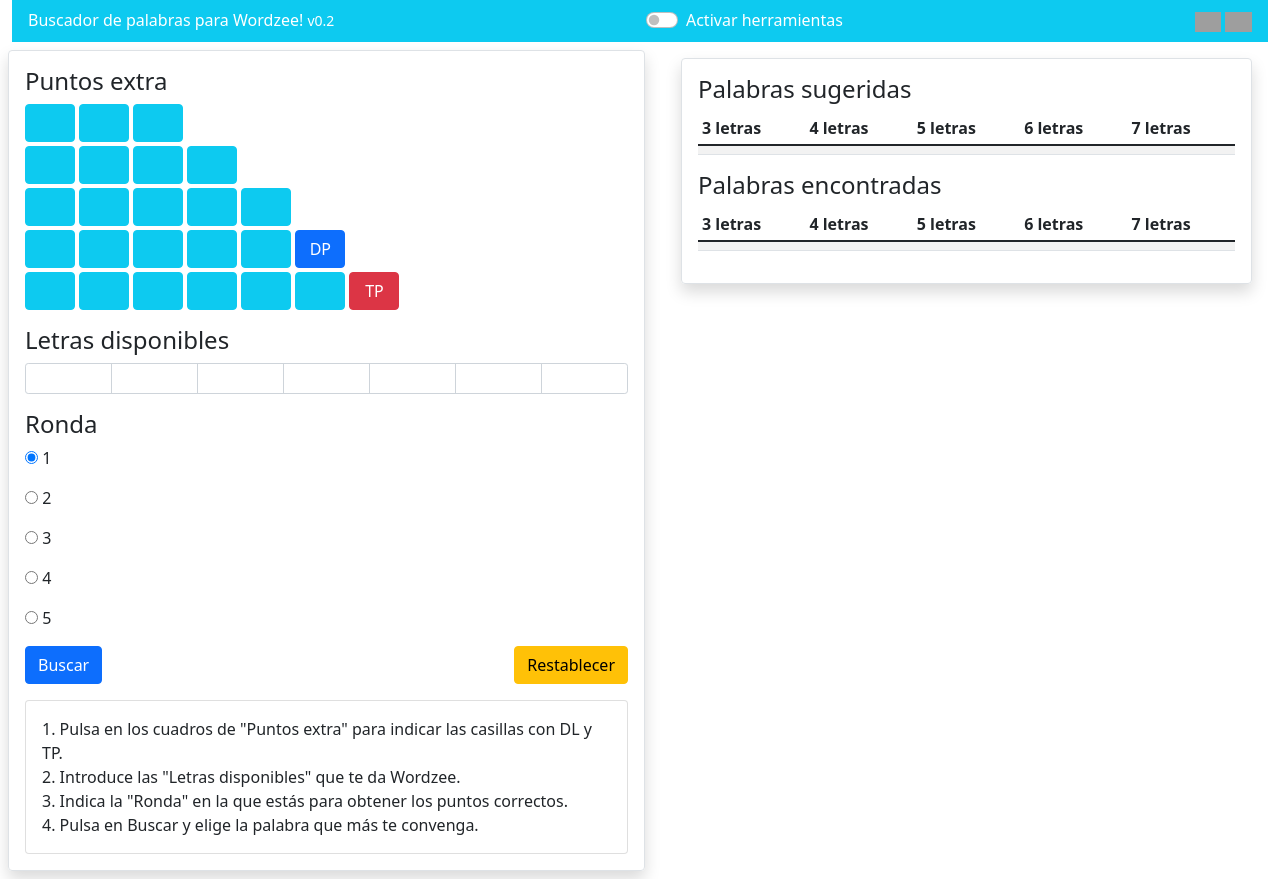
Repository: angelcafe/wordzee-bp_javascript
Page: index.html
These files come from the project's save history. The page is drawn as it stood at one moment and after the next save; the edit follows.
The browser window is 1280 px wide. The pictures show the whole page.
Pictures or frames that could not be fetched are drawn as grey boxes.

Above is the page before, as saved 2021-10-22 22:43:41.

### index.html
<!DOCTYPE html>
<html lang="es">

<head>
    <meta charset="UTF-8">
    <meta name="viewport" content="width=device-width, initial-scale=1">
    <meta http-equiv="Expires" content="0">
    <meta http-equiv="Last-Modified" content="0">
    <meta http-equiv="Cache-Control" content="no-cache, mustrevalidate">
    <meta http-equiv="Pragma" content="no-cache">
    <link rel="icon" href="favicon.ico" type="image/ico" />
    <link rel="stylesheet" href="https://cdn.jsdelivr.net/npm/bootstrap@5.1.3/dist/css/bootstrap.min.css" integrity="sha384-1BmE4kWBq78iYhFldvKuhfTAU6auU8tT94WrHftjDbrCEXSU1oBoqyl2QvZ6jIW3" crossorigin="anonymous">
    <link rel="stylesheet" href="https://cdn.jsdelivr.net/npm/bootstrap-icons@1.5.0/font/bootstrap-icons.css">
    <link rel="stylesheet" href="index.css">
    <title>Busca palabras</title>
</head>

<body>
    <div class="container-fluid">
        <!-- Cabecera -->
        <nav class="nav d-flex justify-content-between bg-info">
            <li class="nav-item">
                <span class="nav-link text-white">Buscador de palabras para Wordzee! <small>v0.2</small></span>
            </li>
            <li class="nav-item">
                <div class="nav-link text-white form-check form-switch">
                    <input class="form-check-input" type="checkbox" role="switch" id="idActivarHerramientas">
                    <label class="form-check-label" for="idActivarHerramientas">Activar herramientas</label>
                </div>
            </li>
            <li class="nav-item">
                <span class="nav-link">
                    <a href="https://www.facebook.com/BuscaPalabras-para-Wordzee-106324508497974" target="_blank"><img src="https://upload.wikimedia.org/wikipedia/commons/5/51/Facebook_f_logo_%282019%29.svg" height="20"></a>
                    <a href="https://t.me/buscadorwordzee" target="_blank"><img src="https://upload.wikimedia.org/wikipedia/commons/thumb/8/83/Telegram_2019_Logo.svg/2048px-Telegram_2019_Logo.svg.png" height="20"></a>
                </span>
            </li>
        </nav>
        <div class="row">
            <div class="col border shadow rounded m-2 p-3">
                <form name="principal" id="principal" method="POST">
                    <div id="idPuntosExtra">
                        <h4>Puntos extra</h4>
                        <div class="p-0 mb-1">
                            <input type="text" name="pal3let1" id="pal3let1" class="btn btn-info" value="" readonly>
                            <input type="text" name="pal3let2" id="pal3let2" class="btn btn-info" value="" readonly>
                            <input type="text" name="pal3let3" id="pal3let3" class="btn btn-info" value="" readonly>
                        </div>
                        <div class="p-0 mb-1">
                            <input type="text" name="pal4let1" id="pal4let1" class="btn btn-info" value="" readonly>
                            <input type="text" name="pal4let2" id="pal4let2" class="btn btn-info" value="" readonly>
                            <input type="text" name="pal4let3" id="pal4let3" class="btn btn-info" value="" readonly>
                            <input type="text" name="pal4let4" id="pal4let4" class="btn btn-info" value="" readonly>
                        </div>
                        <div class="p-0 mb-1">
                            <input type="text" name="pal5let1" id="pal5let1" class="btn btn-info" value="" readonly>
                            <input type="text" name="pal5let2" id="pal5let2" class="btn btn-info" value="" readonly>
                            <input type="text" name="pal5let3" id="pal5let3" class="btn btn-info" value="" readonly>
                            <input type="text" name="pal5let4" id="pal5let4" class="btn btn-info" value="" readonly>
                            <input type="text" name="pal5let5" id="pal5let5" class="btn btn-info" value="" readonly>
                        </div>
                        <div class="p-0 mb-1">
                            <input type="text" name="pal6let1" id="pal6let1" class="btn btn-info" value="" readonly>
                            <input type="text" name="pal6let2" id="pal6let2" class="btn btn-info" value="" readonly>
                            <input type="text" name="pal6let3" id="pal6let3" class="btn btn-info" value="" readonly>
                            <input type="text" name="pal6let4" id="pal6let4" class="btn btn-info" value="" readonly>
                            <input type="text" name="pal6let5" id="pal6let5" class="btn btn-info" value="" readonly>
                            <input type="text" name="pal6let6" id="pal6let6" class="btn btn-info" value="" readonly>
                        </div>
                        <div class="p-0 mb-3">
                            <input type="text" name="pal7let1" id="pal7let1" class="btn btn-info" value="" readonly>
                            <input type="text" name="pal7let2" id="pal7let2" class="btn btn-info" value="" readonly>
                            <input type="text" name="pal7let3" id="pal7let3" class="btn btn-info" value="" readonly>
                            <input type="text" name="pal7let4" id="pal7let4" class="btn btn-info" value="" readonly>
                            <input type="text" name="pal7let5" id="pal7let5" class="btn btn-info" value="" readonly>
                            <input type="text" name="pal7let6" id="pal7let6" class="btn btn-info" value="" readonly>
                            <input type="text" name="pal7let7" id="pal7let7" class="btn btn-info" value="" readonly>
                        </div>
                    </div>
                    <div id="idLetrasDisponibles">
                        <h4>Letras disponibles</h4>
                        <div class="input-group input-group-sm mb-3" id="letras">
                            <input type="text" name="letra1" id="idLetra1" size="1" maxlength="1" autocomplete="off" required="required" class="form-control text-uppercase" value="">
                            <input type="text" name="letra2" id="idLetra2" size="1" maxlength="1" autocomplete="off" required="required" class="form-control text-uppercase" value="">
                            <input type="text" name="letra3" id="idLetra3" size="1" maxlength="1" autocomplete="off" required="required" class="form-control text-uppercase" value="">
                            <input type="text" name="letra4" id="idLetra4" size="1" maxlength="1" autocomplete="off" required="required" class="form-control text-uppercase" value="">
                            <input type="text" name="letra5" id="idLetra5" size="1" maxlength="1" autocomplete="off" required="required" class="form-control text-uppercase" value="">
                            <input type="text" name="letra6" id="idLetra6" size="1" maxlength="1" autocomplete="off" required="required" class="form-control text-uppercase" value="">
                            <input type="text" name="letra7" id="idLetra7" size="1" maxlength="1" autocomplete="off" required="required" class="form-control text-uppercase" value="">
                        </div>
                    </div>
                    <div id="idRonda">
                        <h4>Ronda</h4>
                        <div class="custom-control custom-radio custom-control-inline mb-3">
                            <input type="radio" id="idRonda1" name="ronda" value="1" class="custom-control-input" checked>
                            <label class="custom-control-label" for="idRonda1">1</label>
                        </div>
                        <div class="custom-control custom-radio custom-control-inline mb-3">
                            <input type="radio" id="idRonda2" name="ronda" value="2" class="custom-control-input">
                            <label class="custom-control-label" for="idRonda2">2</label>
                        </div>
                        <div class="custom-control custom-radio custom-control-inline mb-3">
                            <input type="radio" id="idRonda3" name="ronda" value="3" class="custom-control-input">
                            <label class="custom-control-label" for="idRonda3">3</label>
                        </div>
                        <div class="custom-control custom-radio custom-control-inline mb-3">
                            <input type="radio" id="idRonda4" name="ronda" value="4" class="custom-control-input">
                            <label class="custom-control-label" for="idRonda4">4</label>
                        </div>
                        <div class="custom-control custom-radio custom-control-inline mb-3">
                            <input type="radio" id="idRonda5" name="ronda" value="5" class="custom-control-input">
                            <label class="custom-control-label" for="idRonda5">5</label>
                        </div>
                        <div class="btn-toolbar justify-content-between mt-1">
                            <button type="submit" class="btn btn-primary">Buscar</button>
                            <button type="button" onclick="restablecer()" class="btn btn-warning">Restablecer</button>
                        </div>
                    </div>
                </form>
                <div class="card mt-3">
                    <div class="card-body">
                        1. Pulsa en los cuadros de "Puntos extra" para indicar las casillas con DL y TP.
                        <br>
                        2. Introduce las "Letras disponibles" que te da Wordzee.
                        <br>
                        3. Indica la "Ronda" en la que estás para obtener los puntos correctos.
                        <br>
                        4. Pulsa en Buscar y elige la palabra que más te convenga.
                    </div>
                </div>
            </div>
            <!-- Herramientas -->
            <div class="col d-none border col m-3 p-3 shadow rounded">
                <div id="idHerramientas" class="herramientas">
                    <h4>Herramientas</h4>
                    <form class="row">
                        <div class="col">Palabra nueva:</div>
                        <div class="col">
                            <input name="palabraGuardar" id="palabraGuardar" type="text" minlength="3" maxlength="7" autocomplete="off" required="required" class="form-control text-uppercase" value="">
                        </div>
                        <div class="col">
                            <button id="idGuardar" type="button" class="btn btn-primary">Guardar</button>
                        </div>
                    </form>
                    <form class="row mt-3">
                        <div class="col">Borrar palabra:</div>
                        <div class="col">
                            <input name="palabraBorrar" id="palabraBorrar" type="text" minlength="3" maxlength="7" autocomplete="off" required="required" class="form-control text-uppercase" value="">
                        </div>
                        <div class="col">
                            <button id="idBorrar" type="button" class="btn btn-danger">Borrar</button>
                        </div>
                    </form>
                    <form class="row mt-3">
                        <div class="col">Exportar JSON:</div>
                        <div class="col"></div>
                        <div class="col">
                            <button type="button" onclick="palabras.exportar()" class="btn btn-primary">Exportar</button>
                        </div>
                    </form>
                    <form class="row mt-3">
                        <div class="col">Importar JSON:</div>
                        <div class="col custom-file">
                            <input type="file" class="custom-file-input" accept=".json" id="formFile" required="required">
                            <label class="custom-file-label" for="formFile" data-browse="Elegir"></label>
                        </div>
                        <div class="col input-group-append">
                            <button type="button" class="btn btn-warning" onclick="palabras.importar()">Importar</button>
                        </div>
                    </form>
                </div>
            </div>
        <!-- Palabras sugeridas -->
            <div class="col">
            <div class="border col m-3 p-3 shadow rounded">
                <h4>Palabras sugeridas</h4>
                <table class="table table-sm table-striped table-hover">
                    <thead>
                        <tr>
                            <th>3 letras</th>
                            <th>4 letras</th>
                            <th>5 letras</th>
                            <th>6 letras</th>
                            <th>7 letras</th>
                        </tr>
                    </thead>
                    <tbody>
                        <tr>
                            <td class="noselect"></td>
                            <td class="noselect"></td>
                            <td class="noselect"></td>
                            <td class="noselect"></td>
                            <td class="noselect"></td>
                        </tr>
                    </tbody>
                </table>
                <!-- Palabras encontradas -->
                <h4>Palabras encontradas</h4>
                <table class="table table-sm table-striped table-hover">
                    <thead>
                        <tr>
                            <th>3 letras</th>
                            <th>4 letras</th>
                            <th>5 letras</th>
                            <th>6 letras</th>
                            <th>7 letras</th>
                        </tr>
                    </thead>
                    <tbody>
                        <tr>
                            <td class="menu palenc noselect"></td>
                            <td class="menu palenc noselect"></td>
                            <td class="menu palenc noselect"></td>
                            <td class="menu palenc noselect"></td>
                            <td class="menu palenc noselect"></td>
                        </tr>
                    </tbody>
                </table>
            </div>
        </div>
    </div>
    <div id="modalAlert" class="modal fade" tabindex="-1">
        <div class="modal-dialog">
            <div class="modal-content">
                <div class="modal-header">
                    <h5 class="modal-title"></h5>
                    <button type="button" class="close" data-dismiss="modal" aria-label="Close"></button>
                </div>
                <div class="modal-body">
                    <p>Importación finalizada.</p>
                </div>
                <div class="modal-footer">
                    <button type="button" class="close" data-dismiss="modal" aria-label="Cerrar">
                        <span aria-hidden="true">&times;</span>
                    </button>
                </div>
            </div>
        </div>
    </div>
    <div id="menu">
        <div>
            <i class="bi bi-eraser-fill"></i> Borrar <span id="idBorrarPalabra"></span> de la Base de Datos
        </div>
    </div>
    <script src="https://cdn.jsdelivr.net/npm/bootstrap@5.1.3/dist/js/bootstrap.bundle.min.js" integrity="sha384-ka7Sk0Gln4gmtz2MlQnikT1wXgYsOg+OMhuP+IlRH9sENBO0LRn5q+8nbTov4+1p" crossorigin="anonymous"></script>
    <script src="index.js"></script>
</body>

</html>

### index.css
.noselect {
    -webkit-touch-callout: none; /* iOS Safari */
    -webkit-user-select: none; /* Safari */
    -khtml-user-select: none; /* Konqueror HTML */
    -moz-user-select: none; /* Firefox */
    -ms-user-select: none; /* Internet Explorer/Edge */
    user-select: none; /* Non-prefixed version, currently
    supported by Chrome and Opera */
}
.palenc {
    cursor: pointer;
}
.rosa {
    background-color: pink;
}
#idPuntosExtra {
    max-width: 24em;
    min-width: 24em;
}
#idPuntosExtra input {
    width: 13%;
}
.herramientas {
    max-width: 26em;
    min-width: 24em;
}
#idBorrarPalabra,
#idBotonBuscaPalabras {
    cursor: pointer;
}
#menu {
    position: absolute;
    display: none;
    padding: 0px;
    font-family: sans-serif;
    font-size: 15px;
    background: #fff;
    color: #555;
    border: 1px solid #C6C6C6;
    -webkit-transition: opacity .5s ease-in-out;
    -moz-transition: opacity .5s ease-in-out;
    transition: opacity .5s ease-in-out;
    -webkit-box-shadow: 2px 2px 2px 0px rgba(143, 144, 145, 1);
    -moz-box-shadow: 2px 2px 2px 0px rgba(143, 144, 145, 1);
    box-shadow: 2px 2px 2px 0px rgba(143, 144, 145, 1);
}
#menu div {
    display: block;
    color: #555;
    text-decoration: none;
    padding: 6px 8px 6px 8px;
    width: 294px;
    position: relative;
}
#menu div img,
#menu div i.fa {
    height: 20px;
    font-size: 17px;
    width: 20px;
    position: absolute;
    left: 5px;
    top: 2px;
}
#menu span:hover {
    color: #fff;
    background: #69a0f1;
}
#menu span {
    font-weight: bold;
}

Loaded but not shown: index.js (204 lines, source omitted)

After the next save:
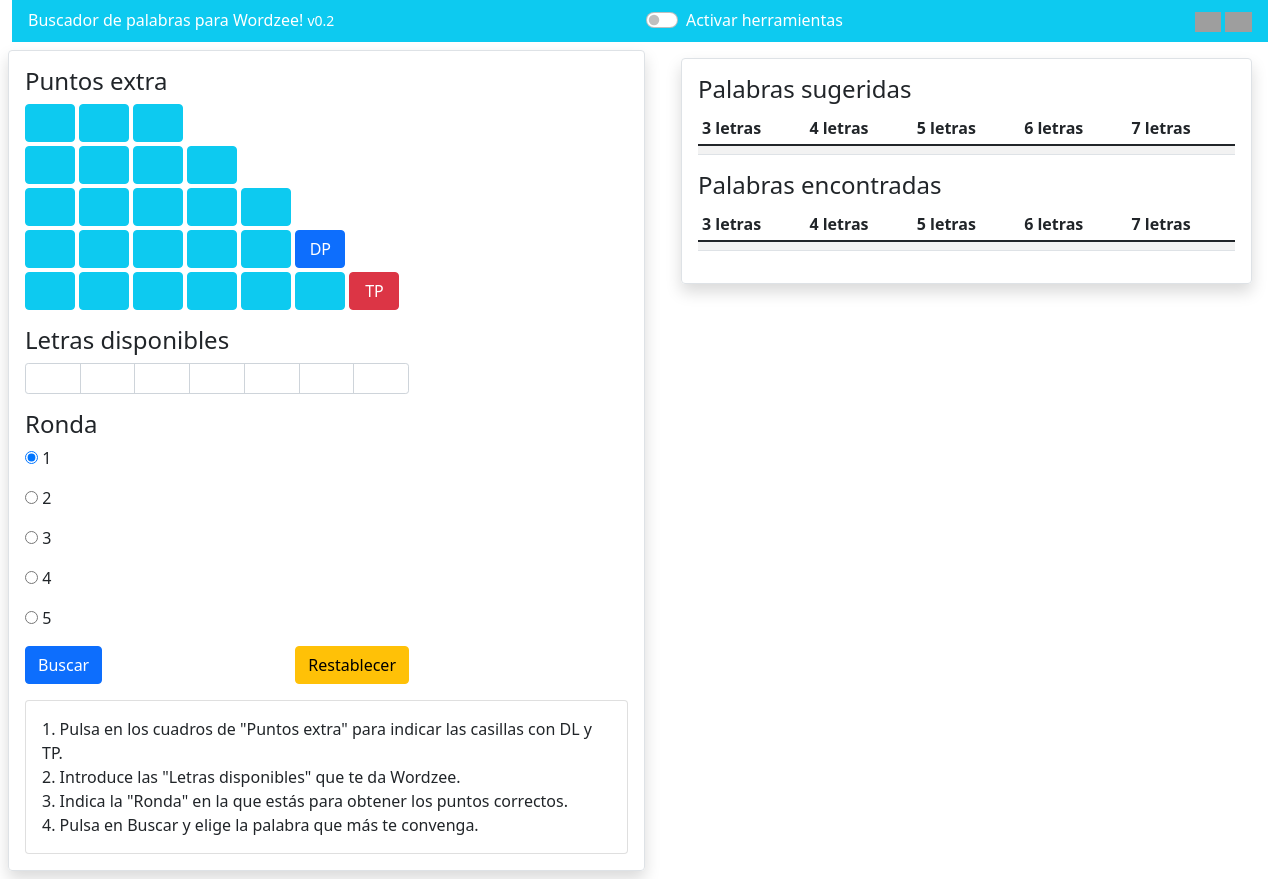
Saved 5 min 4 s later.
--- a/index.css
+++ b/index.css
@@ -1,3 +1,7 @@
+.herramientas {
+    max-width: 26em;
+    min-width: 24em;
+}
 .noselect {
     -webkit-touch-callout: none; /* iOS Safari */
     -webkit-user-select: none; /* Safari */
@@ -20,13 +24,13 @@
 #idPuntosExtra input {
     width: 13%;
 }
-.herramientas {
-    max-width: 26em;
-    min-width: 24em;
-}
 #idBorrarPalabra,
 #idBotonBuscaPalabras {
     cursor: pointer;
+}
+#principal:has(div) {
+    max-width: 24em;
+    min-width: 24em;
 }
 #menu {
     position: absolute;

After the save that followed:
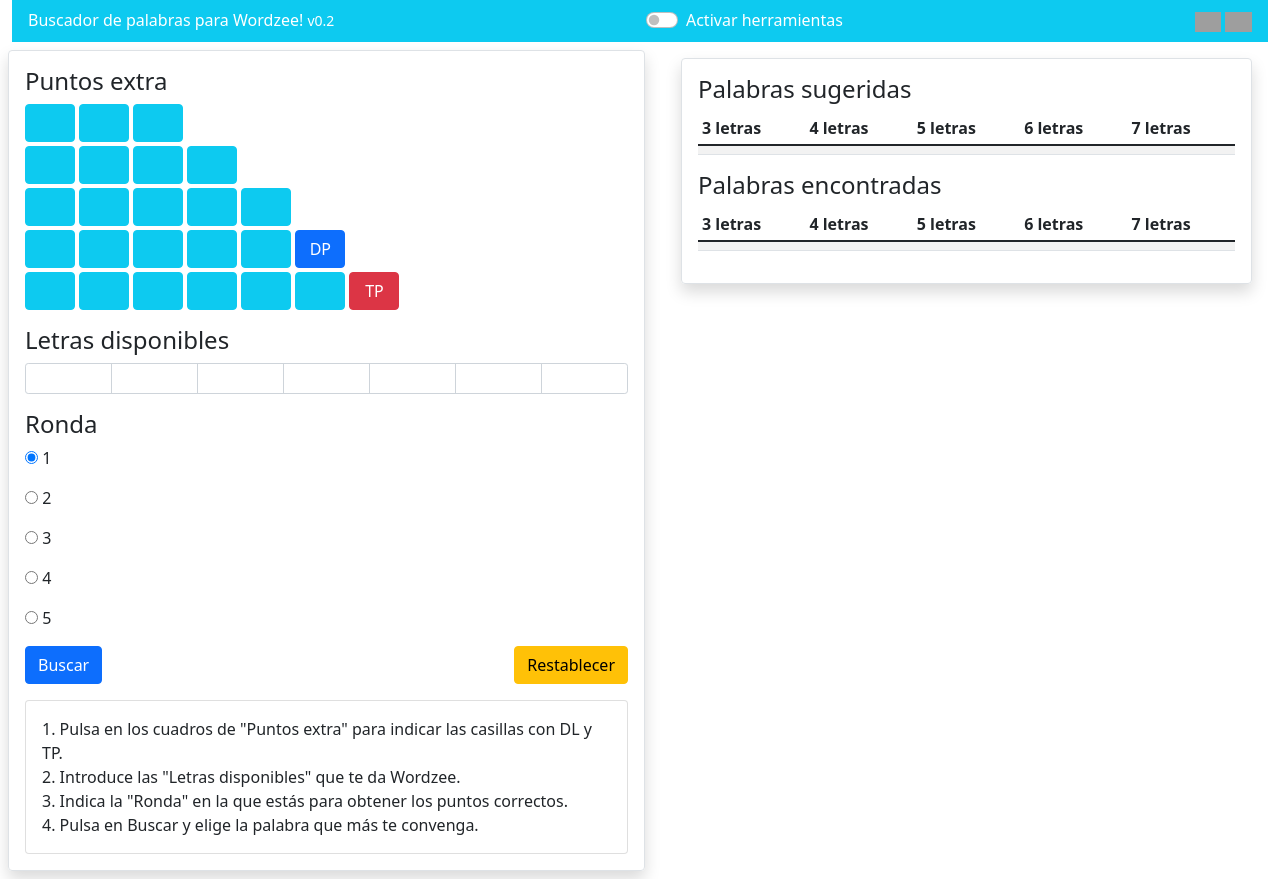
Saved 2 min 45 s later.
--- a/index.css
+++ b/index.css
@@ -28,7 +28,7 @@
 #idBotonBuscaPalabras {
     cursor: pointer;
 }
-#principal:has(div) {
+#principal div:parent {
     max-width: 24em;
     min-width: 24em;
 }
